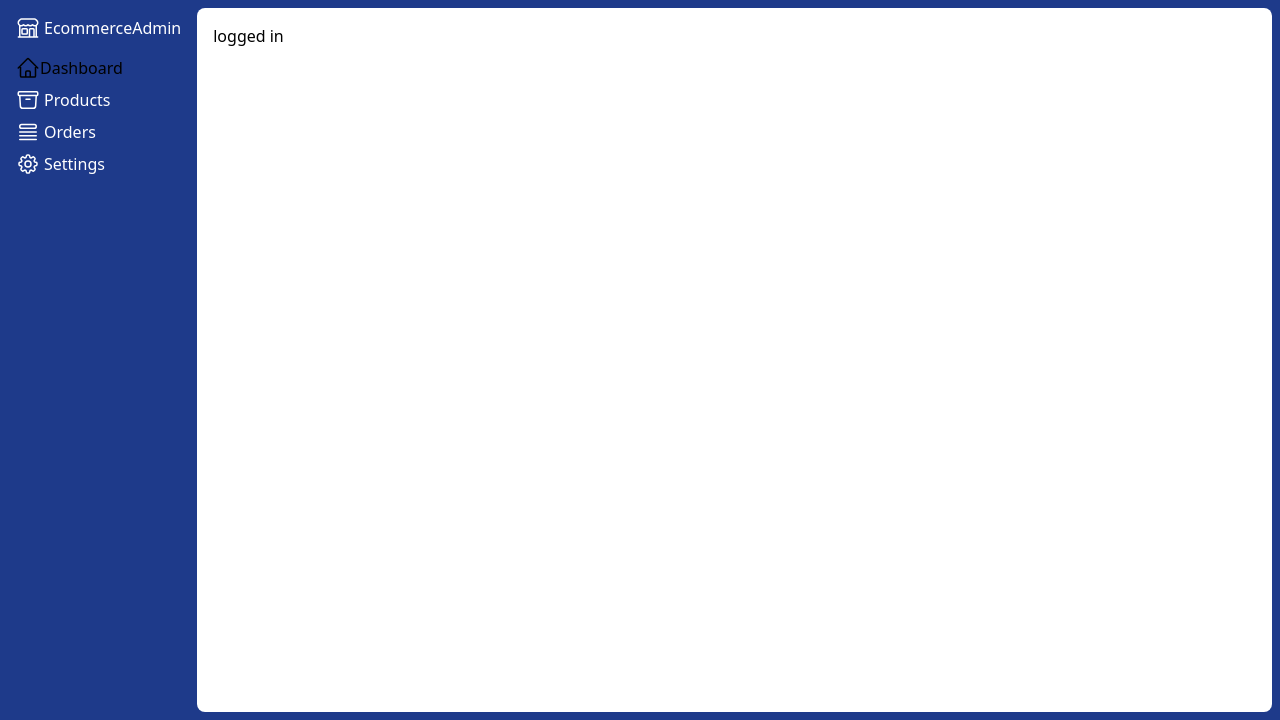
Repository: xoshiraghavx/CRUDS
Page: /
An editor plug-in stored every save of this project. The page is shown before and after the next save, followed by the edit.
The browser window is 1280 px wide. The pictures show the whole page.
The page's requests for data from a server got no answer. The project was rebuilt for these pictures with package versions that can differ from the ones it lists, and the page was loaded fresh each time. The framework's server and built-in components were replaced by stand-ins that run in the browser. No one was signed in, and anything a server would have sent is missing. Also part of the build but not shown: next.config.mjs.

Above is the page before, as saved 2024-02-22 19:45:16.

### pages/_app.js
import "@/styles/globals.css";


import { SessionProvider } from "next-auth/react"

export default function App({
  Component, pageProps: { session, ...pageProps }

}) {
  return (
    <SessionProvider session={session}>
      <Component {...pageProps}/>
    </SessionProvider>
  )
}

### pages/index.js
import Nav from "@/components/Nav";
import { useSession, signIn, signOut } from "next-auth/react"

export default function Home() {
  const { data: session } = useSession();
  // if(!session){
  //   return(
  //     <div className="bg-blue-900 w-screen h-screen flex items-center">
  //     <div className="text-center w-full">
  //     <button onClick={()=> signIn('google')}  className="bg-white p-2 px-4 rounded-lg">Login with Google</button>
  //     </div>
  //   </div>
  //   )
  // }
  return (
    <div className="bg-blue-900 min-h-screen flex">
      <Nav />
    <div className="bg-white flex-grow mt-2 mr-2 mb-2 rounded-lg p-4">logged in
      {/* {session.user.email} */}
      </div>
    </div>
  );
}

### components/Nav.js
import Link from 'next/link'
import React from 'react'

const Nav = () => {
    const inactiveLink = 'flex gap-1';
    const activeLink = inactiveLink + 'bg-white text-black';
  return (
    <aside className='text-white p-4'>
        <Link href={'/'} className='flex gap-1 mb-4'>
        <svg xmlns="http://www.w3.org/2000/svg" fill="none" viewBox="0 0 24 24" strokeWidth={1.5} stroke="currentColor" className="w-6 h-6">
            <path strokeLinecap="round" strokeLinejoin="round" d="M13.5 21v-7.5a.75.75 0 0 1 .75-.75h3a.75.75 0 0 1 .75.75V21m-4.5 0H2.36m11.14 0H18m0 0h3.64m-1.39 0V9.349M3.75 21V9.349m0 0a3.001 3.001 0 0 0 3.75-.615A2.993 2.993 0 0 0 9.75 9.75c.896 0 1.7-.393 2.25-1.016a2.993 2.993 0 0 0 2.25 1.016c.896 0 1.7-.393 2.25-1.015a3.001 3.001 0 0 0 3.75.614m-16.5 0a3.004 3.004 0 0 1-.621-4.72l1.189-1.19A1.5 1.5 0 0 1 5.378 3h13.243a1.5 1.5 0 0 1 1.06.44l1.19 1.189a3 3 0 0 1-.621 4.72M6.75 18h3.75a.75.75 0 0 0 .75-.75V13.5a.75.75 0 0 0-.75-.75H6.75a.75.75 0 0 0-.75.75v3.75c0 .414.336.75.75.75Z" />
        </svg>
        <span className=''>
            EcommerceAdmin
        </span>
        </Link>
        <nav className='flex flex-col gap-2'>
            <Link href={'/'} className={activeLink}>
            <svg xmlns="http://www.w3.org/2000/svg" fill="none" viewBox="0 0 24 24" strokeWidth={1.5} stroke="currentColor" className="w-6 h-6">
                <path strokeLinecap="round" strokeLinejoin="round" d="m2.25 12 8.954-8.955c.44-.439 1.152-.439 1.591 0L21.75 12M4.5 9.75v10.125c0 .621.504 1.125 1.125 1.125H9.75v-4.875c0-.621.504-1.125 1.125-1.125h2.25c.621 0 1.125.504 1.125 1.125V21h4.125c.621 0 1.125-.504 1.125-1.125V9.75M8.25 21h8.25" />
            </svg>
                Dashboard
            </Link>
            <Link href={'/'} className={inactiveLink}>
            <svg xmlns="http://www.w3.org/2000/svg" fill="none" viewBox="0 0 24 24" strokeWidth={1.5} stroke="currentColor" className="w-6 h-6">
                <path strokeLinecap="round" strokeLinejoin="round" d="m20.25 7.5-.625 10.632a2.25 2.25 0 0 1-2.247 2.118H6.622a2.25 2.25 0 0 1-2.247-2.118L3.75 7.5M10 11.25h4M3.375 7.5h17.25c.621 0 1.125-.504 1.125-1.125v-1.5c0-.621-.504-1.125-1.125-1.125H3.375c-.621 0-1.125.504-1.125 1.125v1.5c0 .621.504 1.125 1.125 1.125Z" />
            </svg>
                Products
            </Link>
            <Link href={'/'} className={inactiveLink}>
            <svg xmlns="http://www.w3.org/2000/svg" fill="none" viewBox="0 0 24 24" strokeWidth={1.5} stroke="currentColor" className="w-6 h-6">
                <path strokeLinecap="round" strokeLinejoin="round" d="M3.75 12h16.5m-16.5 3.75h16.5M3.75 19.5h16.5M5.625 4.5h12.75a1.875 1.875 0 0 1 0 3.75H5.625a1.875 1.875 0 0 1 0-3.75Z" />
            </svg>
                Orders
            </Link>
            <Link href={'/'} className={inactiveLink}>
            <svg xmlns="http://www.w3.org/2000/svg" fill="none" viewBox="0 0 24 24" strokeWidth={1.5} stroke="currentColor" className="w-6 h-6">
                <path strokeLinecap="round" strokeLinejoin="round" d="M10.343 3.94c.09-.542.56-.94 1.11-.94h1.093c.55 0 1.02.398 1.11.94l.149.894c.07.424.384.764.78.93.398.164.855.142 1.205-.108l.737-.527a1.125 1.125 0 0 1 1.45.12l.773.774c.39.389.44 1.002.12 1.45l-.527.737c-.25.35-.272.806-.107 1.204.165.397.505.71.93.78l.893.15c.543.09.94.559.94 1.109v1.094c0 .55-.397 1.02-.94 1.11l-.894.149c-.424.07-.764.383-.929.78-.165.398-.143.854.107 1.204l.527.738c.32.447.269 1.06-.12 1.45l-.774.773a1.125 1.125 0 0 1-1.449.12l-.738-.527c-.35-.25-.806-.272-1.203-.107-.398.165-.71.505-.781.929l-.149.894c-.09.542-.56.94-1.11.94h-1.094c-.55 0-1.019-.398-1.11-.94l-.148-.894c-.071-.424-.384-.764-.781-.93-.398-.164-.854-.142-1.204.108l-.738.527c-.447.32-1.06.269-1.45-.12l-.773-.774a1.125 1.125 0 0 1-.12-1.45l.527-.737c.25-.35.272-.806.108-1.204-.165-.397-.506-.71-.93-.78l-.894-.15c-.542-.09-.94-.56-.94-1.109v-1.094c0-.55.398-1.02.94-1.11l.894-.149c.424-.07.765-.383.93-.78.165-.398.143-.854-.108-1.204l-.526-.738a1.125 1.125 0 0 1 .12-1.45l.773-.773a1.125 1.125 0 0 1 1.45-.12l.737.527c.35.25.807.272 1.204.107.397-.165.71-.505.78-.929l.15-.894Z" />
                <path strokeLinecap="round" strokeLinejoin="round" d="M15 12a3 3 0 1 1-6 0 3 3 0 0 1 6 0Z" />
                </svg>
                Settings
            </Link>
        </nav>
    </aside>
  )
}

export default Nav

Loaded but not shown: pages/_document.js (common file); styles/globals.css (common file); tailwind.config.js (common file)

After the next save:
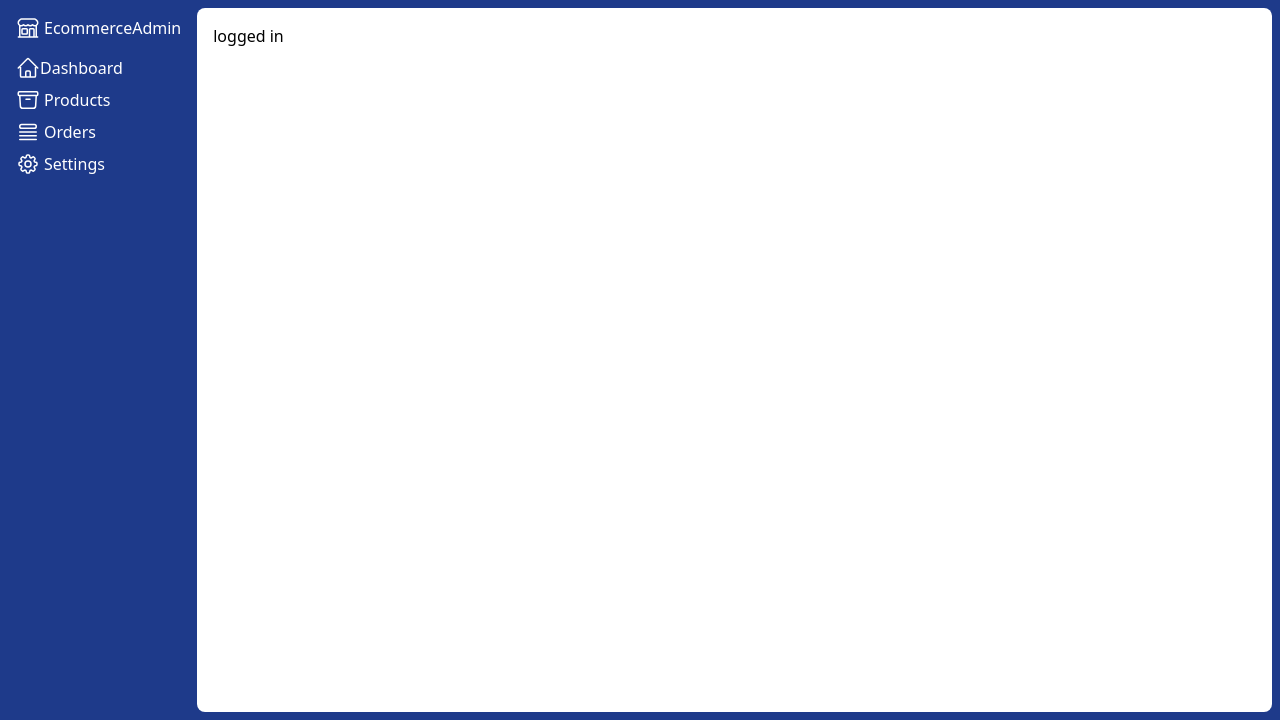
Saved 28 s later.
--- a/components/Nav.js
+++ b/components/Nav.js
@@ -3,7 +3,7 @@ import React from 'react'
 
 const Nav = () => {
     const inactiveLink = 'flex gap-1';
-    const activeLink = inactiveLink + 'bg-white text-black';
+    const activeLink = inactiveLink + 'text-black';
   return (
     <aside className='text-white p-4'>
         <Link href={'/'} className='flex gap-1 mb-4'>
